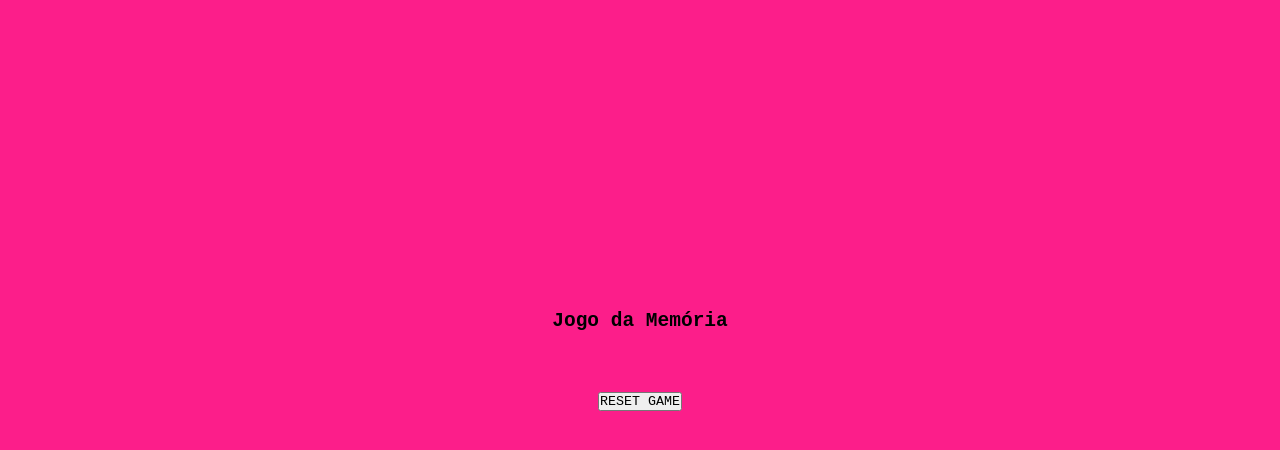
Repository: Zoemateus324/memory-game
Page: index.html
These files come from the project's save history. The page is drawn as it stood at one moment and after the next save; the edit follows.
The browser window is 1280 px wide. The pictures show the whole page.

Above is the page before, as saved 2024-11-27 08:15:35.

After the next save:
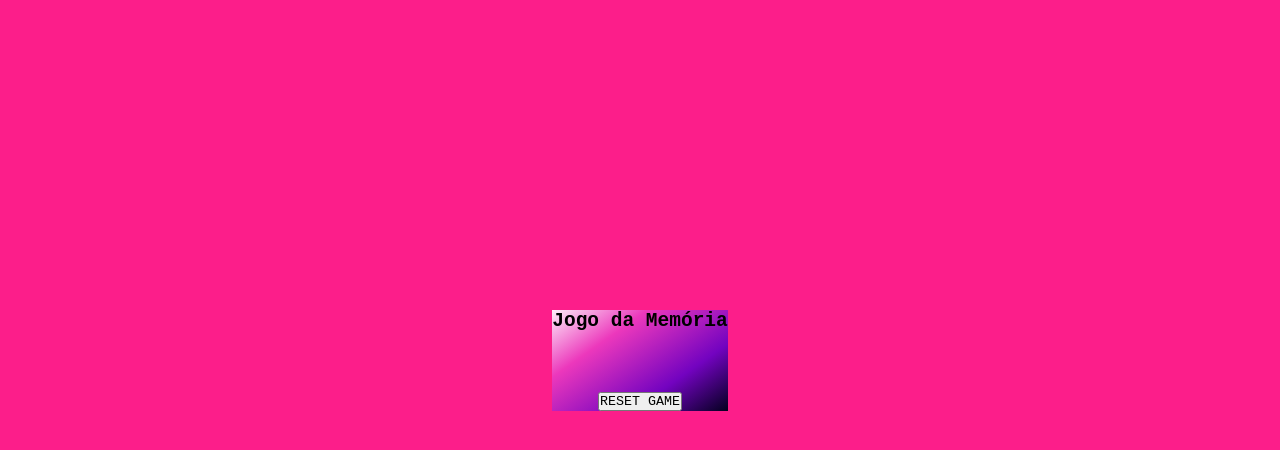
Saved 22 s later.
--- a/src/styles/main.css
+++ b/src/styles/main.css
@@ -18,6 +18,7 @@ body{
         325deg,
         #03001e 0%,
         #7303c0 30%,
-        #
+        #ec38bc 70%,
+        #fdeff9 100%
     );
 }
